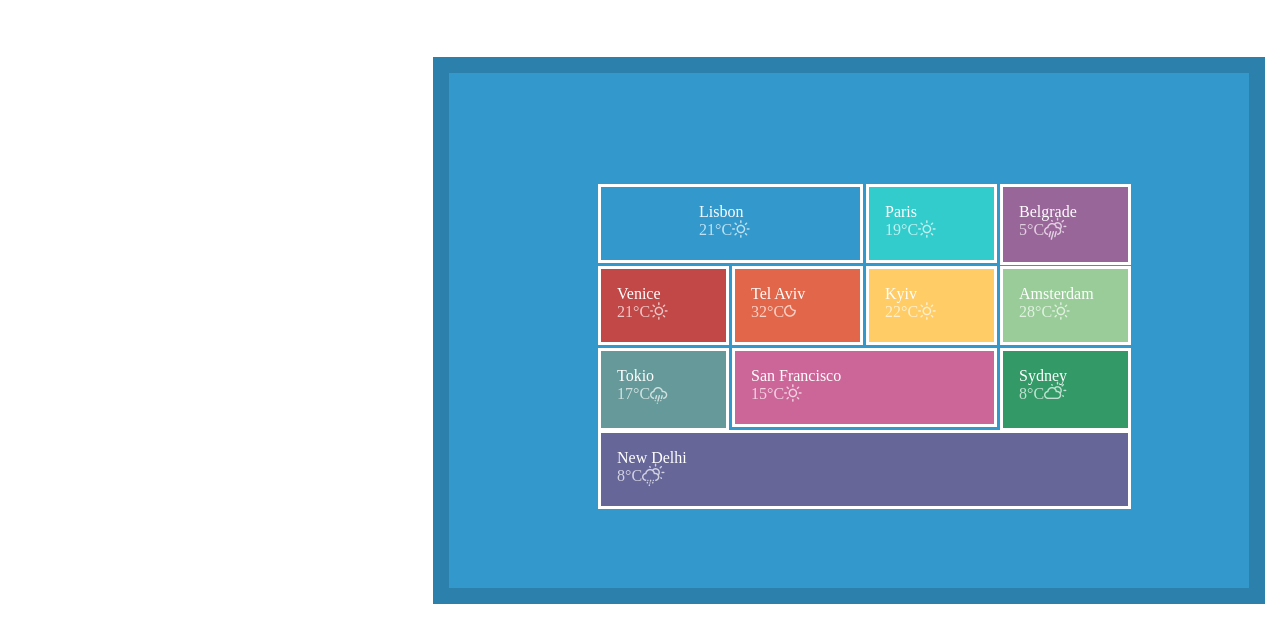
Repository: shpakovskaya/github.io
Page: boxsizing/weatherforecast/index.html
The author's editor kept a copy of each file at every save. The page is drawn from the files as they stood at one save, then again after the next save.
The browser window is 1280 px wide. The pictures show the whole page.

Above is the page before, as saved 2021-11-27 23:20:52.

### boxsizing/weatherforecast/index.html
<!DOCTYPE html>
<html lang="en">
  <head>
    <meta charset="UTF-8" />
    <meta http-equiv="X-UA-Compatible" content="IE=edge" />
    <meta name="viewport" content="width=device-width, initial-scale=1.0" />
    <link
      rel="stylesheet"
      href="https://cdnjs.cloudflare.com/ajax/libs/normalize/8.0.1/normalize.min.css"
      integrity="sha512-NhSC1YmyruXifcj/KFRWoC561YpHpc5Jtzgvbuzx5VozKpWvQ+4nXhPdFgmx8xqexRcpAglTj9sIBWINXa8x5w=="
      crossorigin="anonymous"
      referrerpolicy="no-referrer"
    />
    <link
      rel="stylesheet"
      href="./icons/weather-icons-master/css/weather-icons.min.css"
    />
    <link rel="stylesheet" href="./style.css" />

    <link
      rel="shortcut icon"
      href="./premium-icon-satellite-6129641.ico"
      type="image/x-icon"
    />
    <title>Weatherforecast</title>
  </head>
  <body>
    <div class="conteiner">
      <!-- Main content -->
      <div class="items__wrapper">
        <ul class="c-items__wrapper">
          <li class="e-item__1">
            Lisbon <br /><span>21&degC<i class="wi wi-day-sunny"></i></span>
          </li>
          <li class="e-item__2">
            Paris <br /><span>19&degC<i class="wi wi-day-sunny"></i></span>
          </li>
          <li class="e-item__3">
            Belgrade <br /><span>5&degC<i class="wi wi-day-rain"></i></span>
          </li>
          <li class="e-item__4">
            Venice <br /><span>21&degC<i class="wi wi-day-sunny"></i></span>
          </li>
          <li class="e-item__5">
            Tel Aviv <br /><span>32&degC<i class="wi wi-night-clear"></i></span>
          </li>
          <li class="e-item__6">
            Kyiv <br /><span>22&degC<i class="wi wi-day-sunny"></i> </span>
          </li>
          <li class="e-item__7">
            Amsterdam <br /><span>28&degC<i class="wi wi-day-sunny"></i></span>
          </li>
          <li class="e-item__8">
            Tokio <br /><span>17&degC<i class="wi wi-hail"></i></span>
          </li>
          <li class="e-item__9">
            San Francisco <br /><span
              >15&degC<i class="wi wi-day-sunny"></i
            ></span>
          </li>
          <li class="e-item__10">
            Sydney <br /><span>8&degC<i class="wi wi-day-cloudy"></i> </span>
          </li>
          <li class="e-item__11">
            New Delhi <br /><span>8&degC<i class="wi wi-day-sleet"></i></span>
          </li>
        </ul>
      </div>
    </div>
  </body>
</html>

### boxsizing/weatherforecast/style.css
* {
  box-sizing: border-box;
  margin: 0;
  padding: 0;
}

.conteiner {
  width: 832px;
  height: 547px;
  position: relative;
  top: 57px;
  left: 433px;
  border: 16px solid #2b81ac;
  background-color: #3399cc;
}

.items__wrapper {
  /* position: absolute;
  width: 539px;
  height: 331px;
  left: 140px;
  top: 100px;
  border: 3px solid #ffffff; */
  transition: all 0.1s ease-in;
  color: #ffffff;
}

li {
  list-style: none;
  padding: 16px;
}

span {
  opacity: 0.7;
}

.c-items__wrapper {
  display: inline-block;
}

.e-item__1 {
  position: absolute;
  padding-left: 98px;
  width: 265px;
  height: 79px;
  left: 149px;
  top: 111px;
  border: 3px solid #ffffff;
  /* display: inline-flex; */
  /* justify-content: center; */
}

.e-item__2 {
  position: absolute;

  width: 131px;
  height: 79px;
  left: 417px;
  top: 111px;
  border: 3px solid #ffffff;
  background: #33cccc;
}

.e-item__3 {
  position: absolute;
  width: 131px;
  height: 81px;
  left: 551px;
  top: 111px;
  background: #996699;
  border: 3px solid #ffffff;
}

.e-item__4 {
  position: absolute;
  width: 131px;
  height: 79px;
  left: 149px;
  top: 193px;
  background: #c24747;
  border: 3px solid #ffffff;
}

.e-item__5 {
  position: absolute;
  width: 131px;
  height: 79px;
  left: 283px;
  top: 193px;
  background: #e2674a;
  border: 3px solid #ffffff;
}

.e-item__6 {
  position: absolute;
  width: 131px;
  height: 79px;
  left: 417px;
  top: 193px;
  background: #ffcc66;
  border: 3px solid #ffffff;
}

.e-item__7 {
  position: absolute;
  width: 131px;
  height: 79px;
  left: 551px;
  top: 193px;
  background: #99cc99;
  border: 3px solid #ffffff;
}

.e-item__8 {
  position: absolute;
  width: 131px;
  height: 83px;
  left: 149px;
  top: 275px;
  background: #669999;
  border: 3px solid #ffffff;
}

.e-item__9 {
  position: absolute;
  width: 265px;
  height: 79px;
  left: 283px;
  top: 275px;
  background: #cc6699;
  border: 3px solid #ffffff;
}

.e-item__10 {
  position: absolute;
  width: 131px;
  height: 83px;
  left: 551px;
  top: 275px;
  background: #339966;
  border: 3px solid #ffffff;
}

.e-item__11 {
  position: absolute;
  width: 533px;
  height: 79px;
  left: 149px;
  top: 357px;
  background: #666699;
  border: 3px solid #ffffff;
}

Loaded but not shown: boxsizing/weatherforecast/icons/weather-icons-master/css/weather-icons.min.css (library)

After the next save:
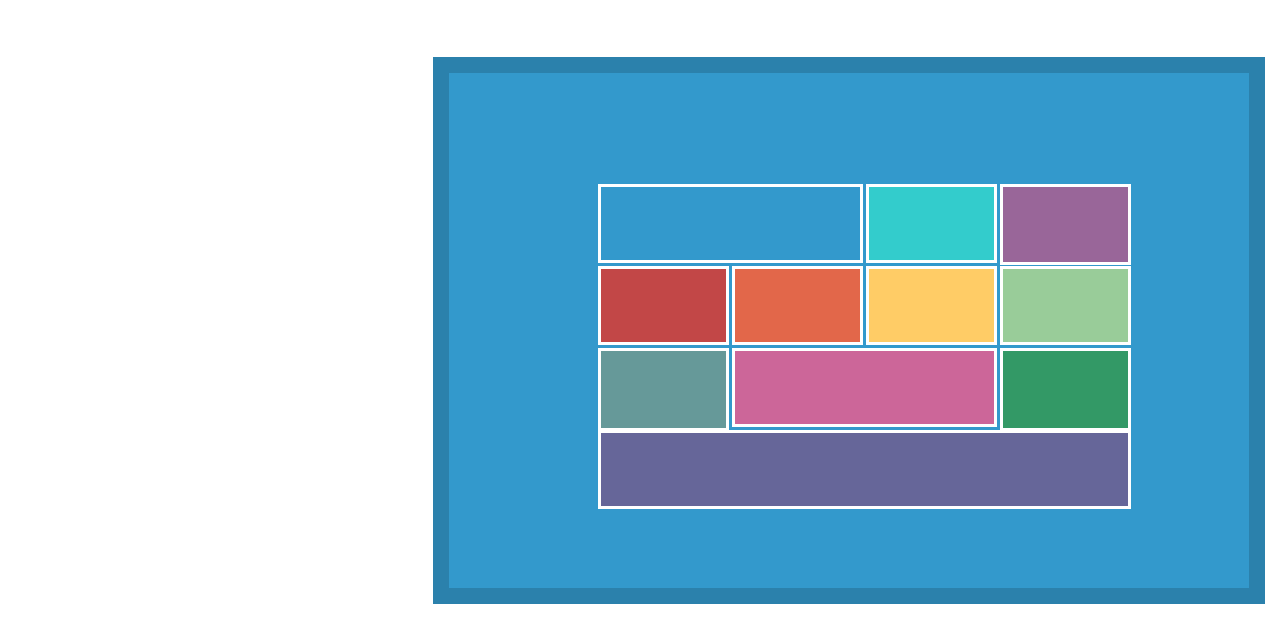
Saved 7 min 15 s later.
--- a/boxsizing/weatherforecast/style.css
+++ b/boxsizing/weatherforecast/style.css
@@ -36,6 +36,7 @@ span {
 
 .c-items__wrapper {
   display: inline-block;
+  font-size: 0px;
 }
 
 .e-item__1 {

After the save that followed:
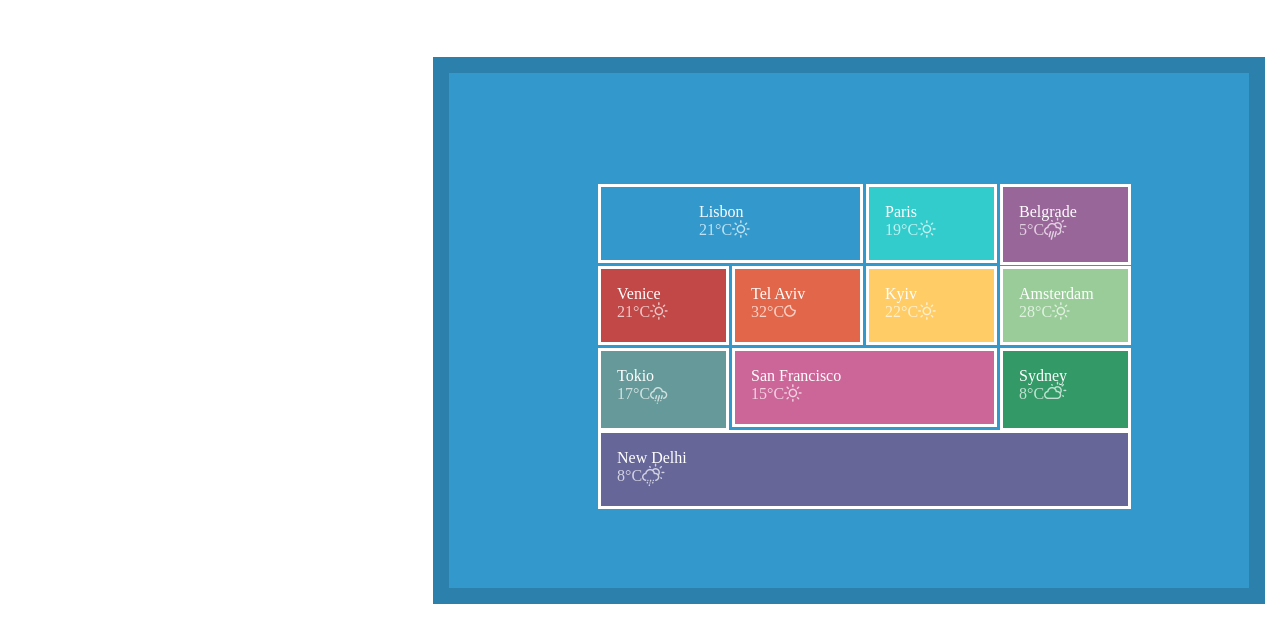
Saved 37 s later.
--- a/boxsizing/weatherforecast/style.css
+++ b/boxsizing/weatherforecast/style.css
@@ -28,6 +28,7 @@
 li {
   list-style: none;
   padding: 16px;
+  font-size: 16px;
 }
 
 span {
